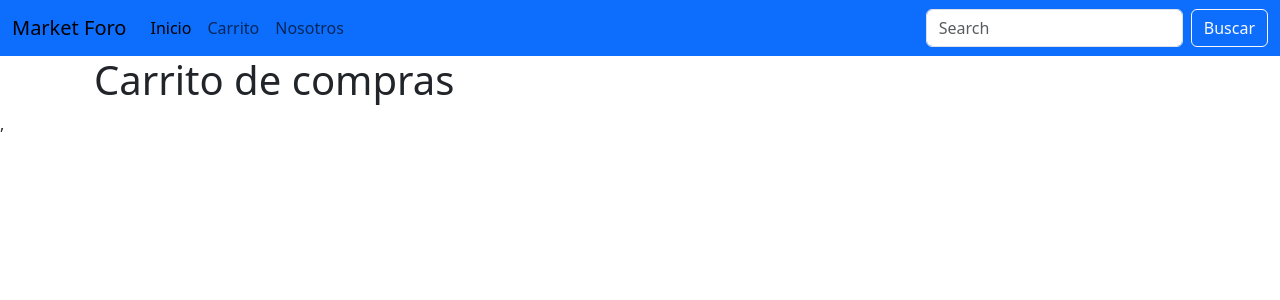
Repository: ikabeee/shopping-car
Page: /cart
The author's editor kept a copy of each file at every save. The page is drawn from the files as they stood at one save, then again after the next save.
The browser window is 1280 px wide. The pictures show the whole page.
The project was rebuilt for these pictures with package versions that can differ from the ones it lists, and the page was loaded fresh each time. Also part of the build but not shown: vite.config.ts, src/pages/Home.tsx, src/pages/About.tsx.

Above is the page before, as saved 2024-10-18 14:28:53.

After the next save:
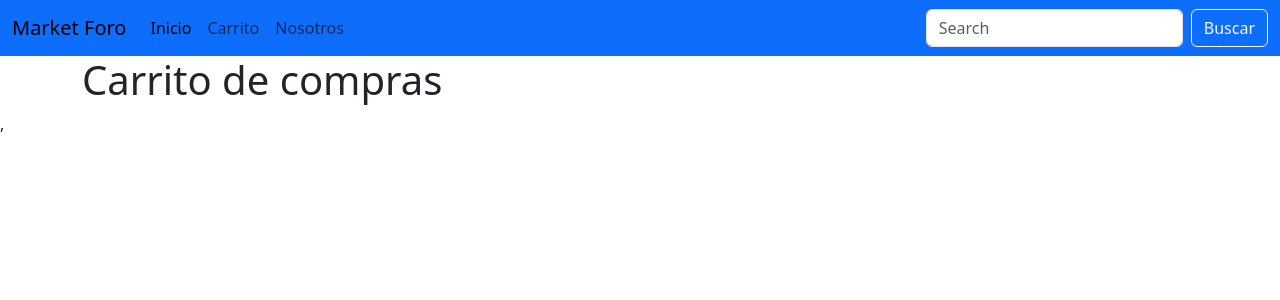
Saved 17 s later.
--- a/src/pages/Cart.tsx
+++ b/src/pages/Cart.tsx
@@ -2,7 +2,7 @@
     return (
         <>
             <div className="container">
-                <h1 className='container'>
+                <h1>
 
                     Carrito de compras
 
